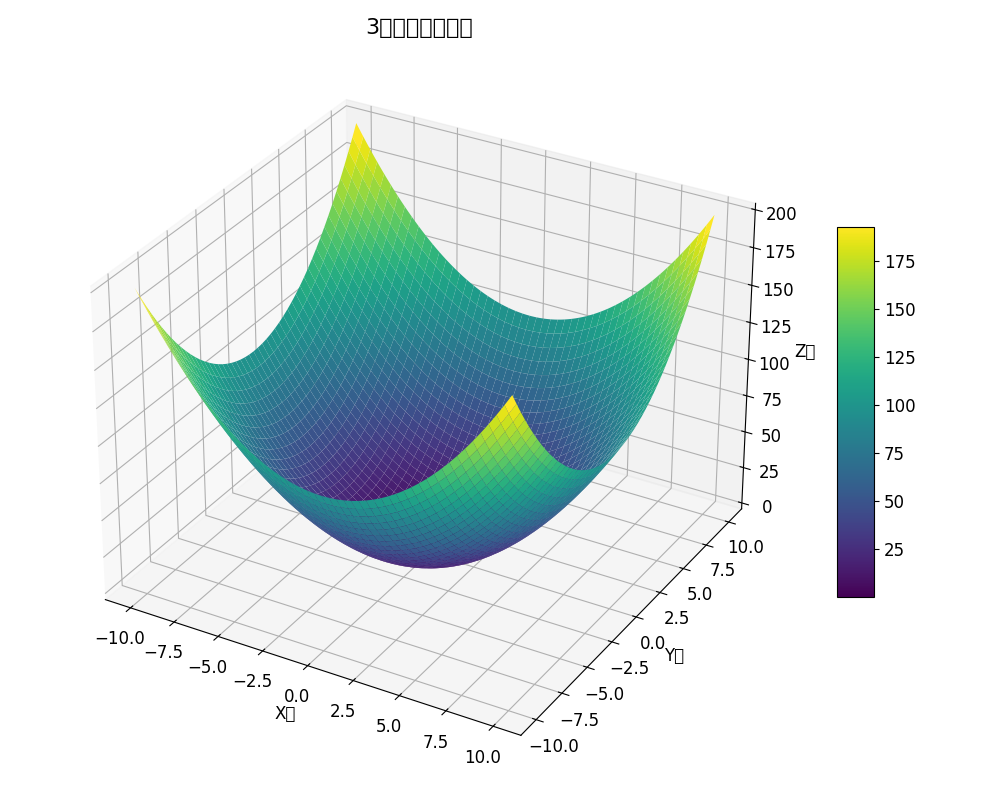
Repository: gouyamada/draw_surface
Script's output: python src/draw_surface.py
An editor plug-in stored every save of this project. The script's output is shown before and after the next save, followed by the edit.
Random numbers start from a fixed seed.

Above is the script's output before, as saved 2025-07-28 15:46:43.

### src/draw_surface.py
# pylint: disable=invalid-name
"""
3次元曲面を描画するスクリプト
"""
from typing import cast
import numpy as np
import matplotlib.pyplot as plt
from mpl_toolkits.mplot3d import Axes3D  # type: ignore


plt.rcParams["font.family"] = "Meiryo"
plt.rcParams["font.size"] = 12


def surface_setting(x, y):
    """
    描画する曲面の関数を定義する関数
    """
    z = x**2 + y**2
    return z


def draw_surface():
    """
    3次元曲面を描画する関数
    """
    fig = plt.figure(figsize=(10, 8))
    ax = cast(Axes3D, fig.add_subplot(111, projection="3d"))

    # x, y の範囲を設定する
    x = np.linspace(-10, 10, 1000)
    y = np.linspace(-10, 10, 1000)
    X, Y = np.meshgrid(x, y)
    Z = surface_setting(X, Y)

    # 曲面を描画する
    surf = ax.plot_surface(X, Y, Z, cmap="viridis", edgecolor="none")
    ax.set_title("3次元曲面の描画", fontsize=16)
    ax.set_xlabel("X軸")
    ax.set_ylabel("Y軸")
    ax.set_zlabel("Z軸")

    # 曲面の色を設定する
    fig.colorbar(surf, shrink=0.5, aspect=10)
    plt.tight_layout()
    plt.show()


def main():
    """
    メイン関数
    """
    draw_surface()


if __name__ == "__main__":
    main()

After the next save:
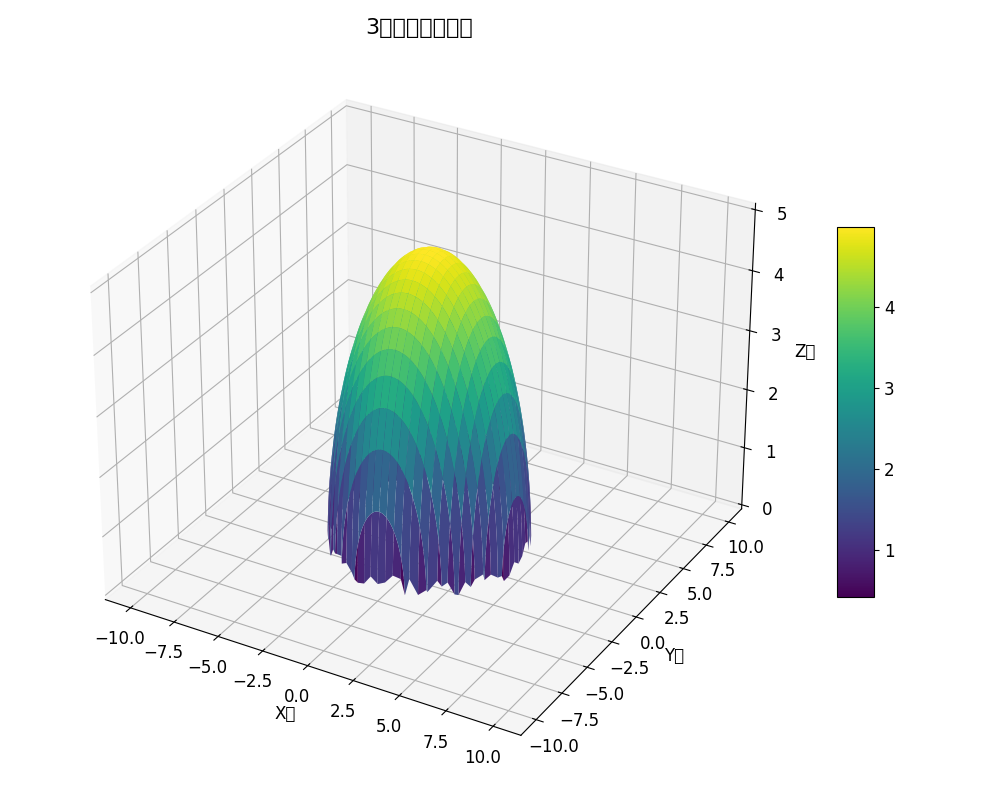
Saved 3 min 17 s later.
--- a/src/draw_surface.py
+++ b/src/draw_surface.py
@@ -16,7 +16,8 @@ def surface_setting(x, y):
     """
     描画する曲面の関数を定義する関数
     """
-    z = x**2 + y**2
+    r = 5
+    z = np.where(x**2 + y**2 <= r**2, np.sqrt(r**2 - x**2 - y**2), np.nan)
     return z
 
 
